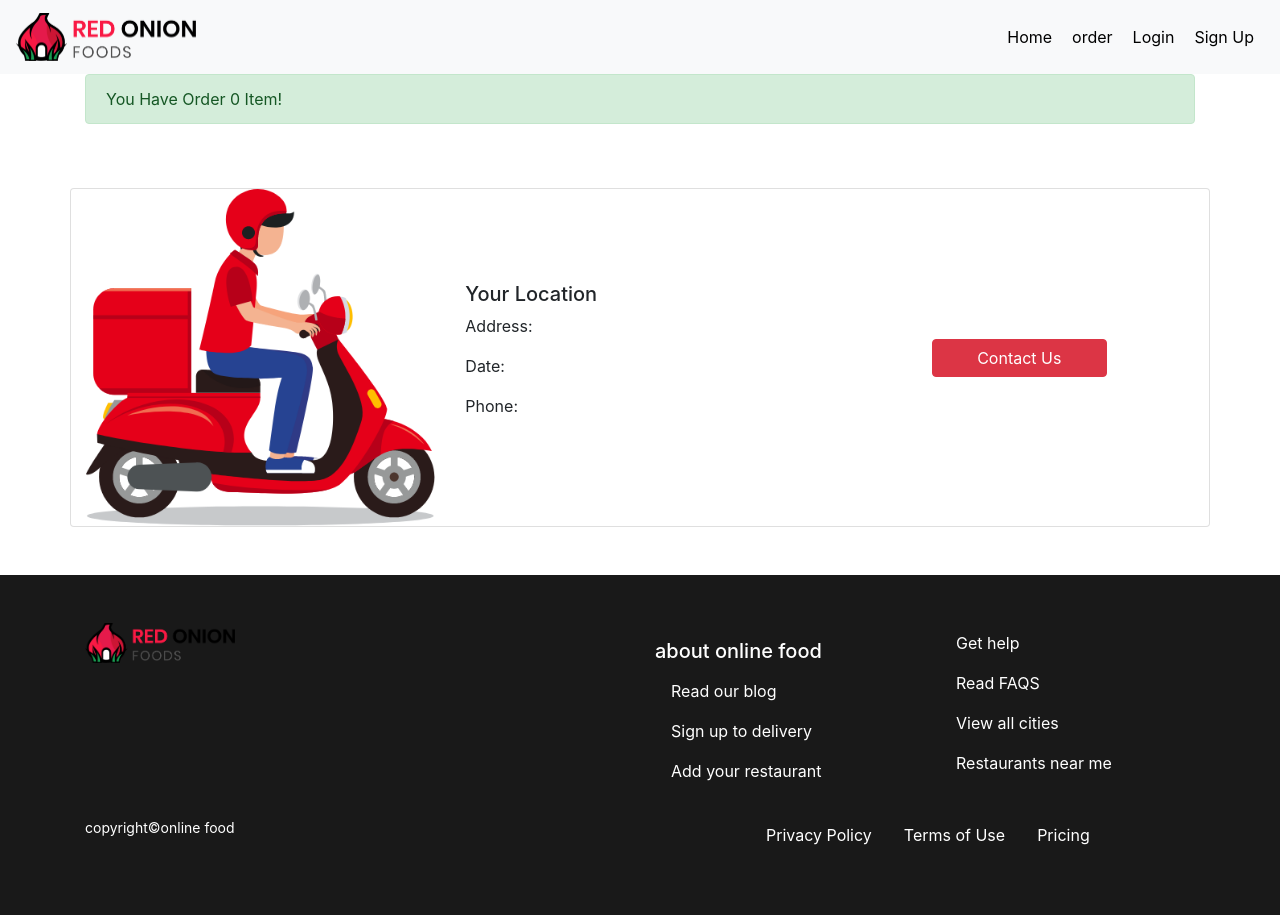
Repository: arif286/red-onion-client
Page: /order
The author's editor kept a copy of each file at every save. The page is drawn from the files as they stood at one save, then again after the next save.
The browser window is 1280 px wide. The pictures show the whole page.
The page's requests for data from a server got no answer. The project was rebuilt for these pictures with package versions that can differ from the ones it lists, and the page was loaded fresh each time. No one was signed in, and anything a server would have sent is missing. Also part of the build but not shown: src/App.css, src/components/CheckOut/CheckOut.css, src/components/CheckOut/CheckOutForm/CheckOutFrom.js, src/components/CheckOut/CheckOut.js, src/components/SearchBar/SearchBar.css, src/components/SearchBar/SearchBar.js, src/components/FoodDetails/FoodDetail.css, src/components/FoodDetails/FoodDetail.js and 12 more. Imported but missing from the stored project, and not drawn on this page: src/components/CheckOut/Map/Map.

Above is the page before, as saved 2021-04-07 02:30:07.

### public/index.html
<!DOCTYPE html>
<html lang="en">
  <head>
    <meta charset="utf-8" />
    <link rel="icon" href="%PUBLIC_URL%/favicon.ico" />
    <meta name="viewport" content="width=device-width, initial-scale=1" />
    <meta name="theme-color" content="#000000" />
    <meta
      name="description"
      content="Web site created using create-react-app"
    />
    <link rel="apple-touch-icon" href="%PUBLIC_URL%/logo192.png" />
    <!--
      manifest.json provides metadata used when your web app is installed on a
      user's mobile device or desktop. See https://developers.google.com/web/fundamentals/web-app-manifest/
    -->
    <link rel="manifest" href="%PUBLIC_URL%/manifest.json" />

    <!-- <link
      href="https://api.tiles.mapbox.com/mapbox-gl-js/v2.1.1/mapbox-gl.css"
      rel="stylesheet"
    /> -->
    <!--
      Notice the use of %PUBLIC_URL% in the tags above.
      It will be replaced with the URL of the `public` folder during the build.
      Only files inside the `public` folder can be referenced from the HTML.

      Unlike "/favicon.ico" or "favicon.ico", "%PUBLIC_URL%/favicon.ico" will
      work correctly both with client-side routing and a non-root public URL.
      Learn how to configure a non-root public URL by running `npm run build`.
    -->
    <title>Red Onion</title>
  </head>
  <body>
    <noscript>You need to enable JavaScript to run this app.</noscript>
    <div id="root"></div>
    <!--
      This HTML file is a template.
      If you open it directly in the browser, you will see an empty page.

      You can add webfonts, meta tags, or analytics to this file.
      The build step will place the bundled scripts into the <body> tag.

      To begin the development, run `npm start` or `yarn start`.
      To create a production bundle, use `npm run build` or `yarn build`.
    -->
  </body>
</html>

### src/App.js
import "bootstrap/dist/css/bootstrap.min.css";
import React, { createContext, useState } from "react";
import { BrowserRouter as Router, Route, Switch } from "react-router-dom";
import './App.css';
import CheckOut from "./components/CheckOut/CheckOut";
import Map from "./components/CheckOut/Map/Map";
import FoodDetail from "./components/FoodDetails/FoodDetail";
import Footer from "./components/Footer/Footer";
import Header from "./components/Header/Header";
import Home from './components/Home/Home';
import Login from "./components/LogIn/Login";
import Order from "./components/Order/Order";
import SingUp from "./components/SingUp/SingUp";


export const UserContext = createContext();
function App() {
  const [loggedInUser, setLoggedInUser] = useState({});
  return (
    <UserContext.Provider value={[loggedInUser, setLoggedInUser]}>
      <Router>
        <Header />
        <Switch>
          <Route path="/home">
            <Home />
          </Route>
          <Route path="/signUp">
            <SingUp />
          </Route>
          <Route path="/login">
            <Login />
          </Route>
          <Route path="/food/details/:foodId">
            <FoodDetail />
          </Route>
          <Route path='/checkOut'>
            <CheckOut/>
          </Route>
          <Route path='/order'>
            <Order/>
          </Route>
          <Route path='/map'>
            <Map/>
          </Route>
          <Route exact path="/">
            <Home/>
          </Route>
        </Switch>
        <Footer />
      </Router>
    </UserContext.Provider>
  );

}

export default App;

### src/components/Footer/Footer.js
import React from 'react';
import { NavLink } from 'react-bootstrap';
import Logo from '../../onion-restaurent/logo2.png';
import './Footer.css';

const Footer = () => {
    return (
      <footer>
        <div className="container">
          <div className="row pt-5">
            <div className="col-md-6 col-sm-12 pb-4">
              <img className="footer-img" src={Logo} alt="" />
            </div>
            <div className="col-md-3 col-sm-12 pb-4 mt-3">
              <h5 style={{color:'white'}}>about online food</h5>
              <ul className="nav flex-column">

                <li className="nav-item">
                  <NavLink className="nav-link footer-link" to="/">
                    Read our blog
                  </NavLink>
                </li>
                <li className="nav-item">
                  <NavLink className="nav-link footer-link" to="/">
                    Sign up to delivery
                  </NavLink>
                </li>
                <li className="nav-item">
                  <NavLink className="nav-link footer-link" to="/">
                    Add your restaurant
                  </NavLink>
                </li>
              </ul>
            </div>
            <div className="col-md-3 col-sm-12 pb-4">
              <ul className="nav flex-column">
                <li className="nav-item">
                  <NavLink
                    className="nav-link footer-link"
                    aria-current="page"
                    to="/"
                  >
                    Get help
                  </NavLink>
                </li>
                <li className="nav-item">
                  <NavLink className="nav-link footer-link" to="/">
                    Read FAQS
                  </NavLink>
                </li>
                <li className="nav-item">
                  <NavLink className="nav-link footer-link" to="/">
                    View all cities
                  </NavLink>
                </li>
                <li className="nav-item">
                  <NavLink className="nav-link footer-link" to="/">
                    Restaurants near me
                  </NavLink>
                </li>
              </ul>
            </div>
          </div>

          <div className="row">
            <div className="col-md-7">
              <p className='copy-right'>
                <small>
                  copyright<span>&#169;</span>online food
                </small>
              </p>
            </div>
            <div className="col-md-5">
              <div className='d-flex'>
                <NavLink className="footer-link">Privacy Policy</NavLink>
                <NavLink className="footer-link">Terms of Use</NavLink>
                <NavLink className="footer-link">Pricing</NavLink>
              </div>
            </div>
          </div>
        </div>
      </footer>
    );
};

export default Footer;

### src/components/Header/Header.js
import React from 'react';
import { Nav, Navbar } from 'react-bootstrap';
import { NavLink } from 'react-router-dom';
// import { NavLink } from "react-router-dom";
import logo from '../../onion-restaurent/logo2.png';
import './Header.css';
const Header = () => {

    return (
      <div>
        <Navbar bg="light" expand="lg">
          <Navbar.Brand href="#home">
            <img
              src={logo}
              width="180"
              className="d-inline-block align-top"
              alt="React Bootstrap logo"
            />
          </Navbar.Brand>
          <Navbar.Toggle aria-controls="basic-navbar-nav" />
          <Navbar.Collapse id="basic-navbar-nav">
            <Nav className="ml-auto">
              <NavLink className="header-link" to="/home">
                Home
              </NavLink>
              <NavLink className="header-link" to="/order">
                order
              </NavLink>
              <NavLink className="header-link" to="/login">
                Login
              </NavLink>
              <NavLink className="header-link" to="/signUp">
                Sign Up
              </NavLink>
            </Nav>
          </Navbar.Collapse>
        </Navbar>
      </div>
    );
};

export default Header;

### src/components/Order/Order.js
import axios from "axios";
import React, { useContext, useEffect, useState } from "react";
import { Alert, Card, Col, Container, Row } from "react-bootstrap";
import { UserContext } from "../../App";
import delivery from "../../onion-restaurent/Image/Group 1151.png";


const Order = () => {
  const [order, setOrder] = useState([]);
  const [loggedInUser, setLoggedInUser] = useContext(UserContext);

  useEffect(() => {
    axios.get(`http://localhost:5000/orderDetails?email=${loggedInUser.email}`)
      .then(res => {
        console.log(res.data)
        setOrder(res.data)
      })
      .catch(err => console.log(err));
  }, [loggedInUser.email]);
  return (
    <Container>
      <Alert variant="success">You Have Order {order.length} Item!</Alert>
      <Row className="justify-content-center">
        {order.map((item) => (
          <Col xs={12} sm={3}>
            <Card className="d-flex">
              <img src={item.picture} alt="" />
              <Card.Body>
                <Card.Title>{item.foodName}</Card.Title>
                <Card.Text>quantity: ${item.quantity}</Card.Text>
                <Card.Text>Total: ${item.totalPrice}</Card.Text>
              </Card.Body>
            </Card>
          </Col>
        ))}
      </Row>
      <Row className="mt-5 mb-5">
        <Col>
          <Card className="row flex-row justify-content-around">
            <div className="col-md-4">
              <img className="img-fluid" src={delivery} alt="" />
            </div>
            <div className="col-md-4 col-sm-12  align-self-center">
              <h5>Your Location</h5>
              <p>Address: {order[0]?.address}</p>
              <p>Date: {order[0]?.date}</p>
              <p>Phone: {order[0]?.phone}</p>
            </div>
            <div className="col-md-4 col-sm-12 align-self-center text-sm-left text-md-center">
              <button className="btn btn-danger w-50">Contact Us</button>
            </div>
          </Card>
        </Col>
      </Row>
    </Container>
  );
};

export default Order;

### src/components/Footer/Footer.css
.footer-img {
  width: 150px;
}
footer {
  background-color: #191919;
  padding-bottom: 60px;
}
.footer-link {
  color: white;
}
.footer-link:hover {
  color: #878787;
}
.copy-right {
  color: white;
}

### src/components/Header/Header.css
.header-link {
  color: black;
  display: inline-block;
  padding: 10px;
}
.header-link:hover {
  text-decoration: none;
  color: #777777;
}
.cart-btn {
  border: none;
  background: none;
}

Loaded but not shown: src/index.js (common file); src/index.css (common file); src/reportWebVitals.js (common file)

After the next save:
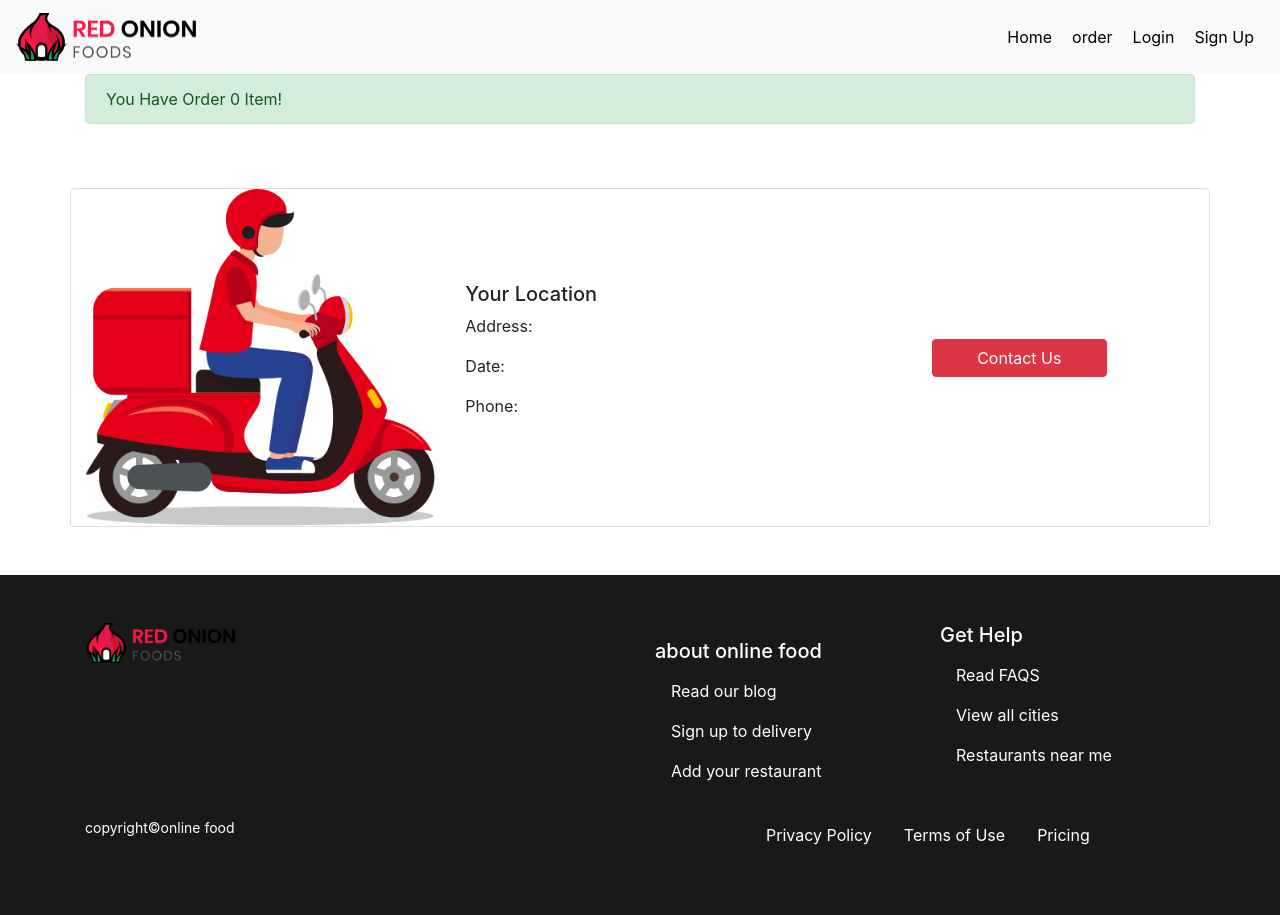
Saved 72 s later.
--- a/src/components/Footer/Footer.js
+++ b/src/components/Footer/Footer.js
@@ -33,16 +33,8 @@ const Footer = () => {
               </ul>
             </div>
             <div className="col-md-3 col-sm-12 pb-4">
+              <h5 style={{color:'white'}}>Get Help</h5>
               <ul className="nav flex-column">
-                <li className="nav-item">
-                  <NavLink
-                    className="nav-link footer-link"
-                    aria-current="page"
-                    to="/"
-                  >
-                    Get help
-                  </NavLink>
-                </li>
                 <li className="nav-item">
                   <NavLink className="nav-link footer-link" to="/">
                     Read FAQS
